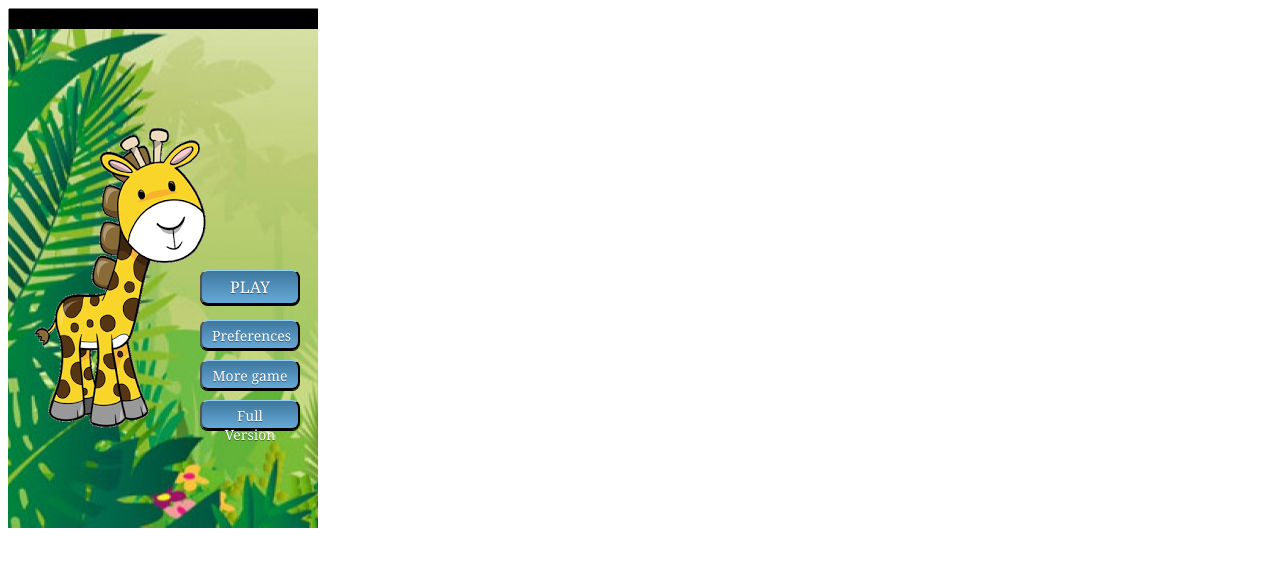
Repository: RathipriyaChandrasekaran/dotlite
Page: ConnectDots/homepage.html
These files come from the project's save history. The page is drawn as it stood at one moment and after the next save; the edit follows.
The browser window is 1280 px wide. The pictures show the whole page.

Above is the page before, as saved 2014-12-14 15:29:22.

### ConnectDots/homepage.html
<!DOCTYPE html>
<html>
<head>
     <meta charset="utf-8" />
     <meta name="viewport" content="width=device-width, initial-scale=1.0, maximum-scale=1.0">
     <link rel="stylesheet" type="text/css" href="css/appstyle.css"/>
     <script src="js/main.js"></script>
</head>
<body>

  <canvas id="canvas" width="310px" height="520px"></canvas>

  <a href="menupage.html"><button id="play" class="button" style="background-color: orange !important;">PLAY</button></a>
  <button id="pref" class="smallbutton">Preferences </button>
  <button id="moregame" class="smallbutton"> More game</button>
  <button id="fullversion" class="smallbutton">Full Version</button>
 <script>
 var points= new Array();
 var canvas = document.getElementById('canvas');
 var context = canvas.getContext('2d');
 var height = 520;
 var width = 310;

 context.beginPath();
 context.rect(1, 1, width, height);
 context.fill();
 context.lineWidth = 1;
 context.strokeStyle = 'black';
 context.stroke();

 function loadCanvas(dataURL, _cb) {

     // load image from data url
     var imageObj = new Image();
     imageObj.onload = function() {
         var imgWidth = this.width;
         var imgHeight = this.height;
         var posX = (width - imgWidth)/2;
         var posY = (height - imgHeight)/2;
         context.drawImage(this, -5, posY + 10);
         if (_cb) _cb();
     };

     imageObj.src = dataURL;
 }

loadCanvas("images/jungle.png", function() {
loadCanvas("images/girraffe.png");
});




 </script>





</body>
</html>

### ConnectDots/css/appstyle.css
#backgroundimage{
	display: block;

    background-repeat: no-repeat ;
}

#play{
	position: absolute;
	top: 270px;
	left: 200px;
	width: 100px;
	height: 35px;
}

#pref{
	position : absolute;
	top: 320px;
	left: 200px;
	width: 100px;
	height: 30px;
}
#moregame{
	position : absolute;
	top: 360px;
	left: 200px;
	width: 100px;
	height: 30px;
}
#animals{
	position : absolute;
	top: 440px;
	left: 80px;
	width: 150px;
	height: 40px;
}
#fullversion{
	position : absolute;
	top: 400px;
	left: 200px;
	width: 100px;
	height: 30px;
}
.button {
   border-top: 1px solid #96d1f8;
   background: #D2691E;
   background: -webkit-gradient(linear, left top, left bottom, from(#3e779d), to(#65a9d7));
   background: -webkit-linear-gradient(top, #3e779d, #65a9d7);
   background: -moz-linear-gradient(top, #3e779d, #65a9d7);
   background: -ms-linear-gradient(top, #3e779d, #65a9d7);
   background: -o-linear-gradient(top, #3e779d, #65a9d7);
   padding: 5px 10px;
   -webkit-border-radius: 8px;
   -moz-border-radius: 8px;
   border-radius: 8px;
   -webkit-box-shadow: rgba(0,0,0,1) 0 1px 0;
   -moz-box-shadow: rgba(0,0,0,1) 0 1px 0;
   box-shadow: rgba(0,0,0,1) 0 1px 0;
   text-shadow: rgba(0,0,0,.4) 0 1px 0;
   color: white;
   font-size: 16px;
   font-family: Georgia, serif;
   text-decoration: bold;
   vertical-align: middle;
   }
.button:hover {
   border-top-color: #28597a;
   background: #28597a;
   color: #ccc;
   }
.button:active {
   border-top-color: #1b435e;
   background: #D2691E;
   }
   .smallbutton {
   border-top: 1px solid #96d1f8;
   background: #65a9d7;
   background: -webkit-gradient(linear, left top, left bottom, from(#3e779d), to(#65a9d7));
   background: -webkit-linear-gradient(top, #3e779d, #65a9d7);
   background: -moz-linear-gradient(top, #3e779d, #65a9d7);
   background: -ms-linear-gradient(top, #3e779d, #65a9d7);
   background: -o-linear-gradient(top, #3e779d, #65a9d7);
   padding: 5px 10px;
   -webkit-border-radius: 8px;
   -moz-border-radius: 8px;
   border-radius: 8px;
   -webkit-box-shadow: rgba(0,0,0,1) 0 1px 0;
   -moz-box-shadow: rgba(0,0,0,1) 0 1px 0;
   box-shadow: rgba(0,0,0,1) 0 1px 0;
   text-shadow: rgba(0,0,0,.4) 0 1px 0;
   color: white;
   font-size: 14px;
   font-family: Georgia, serif;
   text-decoration: none;
   vertical-align: middle;
   }
   .scope{
     position: absolute;
     top: 50px;
     width:300px;
     overflow-x:scroll;
     overflow-y:hidden;
   }

    img{
      top: 20px;
     width: 300px;
     height: 300px;
    }
    .scrollable{
      cursor: pointer;
      background-color: #B8860B;
      width: 300px;
      height: 350px;
      position: relative;
    }
    a.fill-div {
    display: block;
    height: 100%;
    width: 100%;
    text-decoration: none;
}


/**/
.filmstrip>div {
  width:300px;
  display:inline-block;
  text-align:center;
}

### ConnectDots/js/main.js
var startTime;
var checkTime;

//Initialize function
var init = function () {
	// TODO:: Do your initialization job
	console.log("init() called");

	// add eventListener for tizenhwkey
	document.addEventListener('tizenhwkey', function(e) {
		if(e.keyName == "back") {
			try {
				tizen.application.getCurrentApplication().exit();
			} catch (error) {
				console.error("getCurrentApplication(): " + error.message);
			}
		}
	});
};
// window.onload can work without <body onload="">
window.onload = init;

function startTime() {
	var today = new Date();
	var h = today.getHours();

	var m = today.getMinutes();
	var s = today.getSeconds();
	m = checkTime(m);
	s = checkTime(s);
	document.getElementById('divbutton1').innerHTML="Current time: " + h + ":" + m + ":" + s;
	var t = setTimeout(startTime, 250);
}

function checkTime(i) {
	if (i < 10) {
		i="0" + i;
	}
	return i;
}

After the next save:
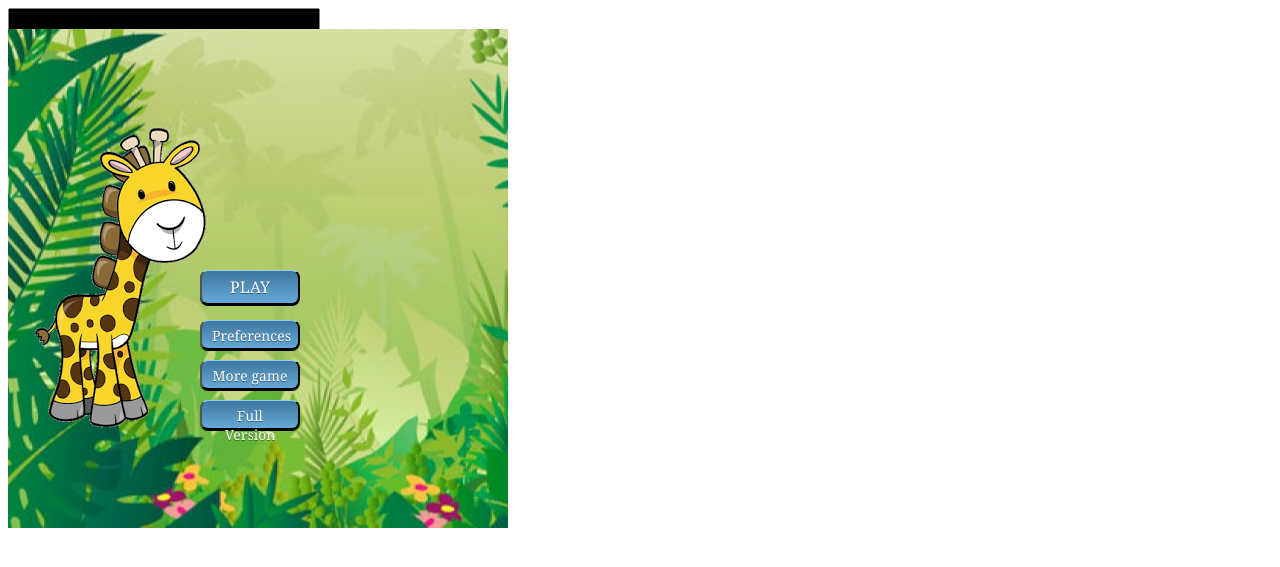
Saved 37 min 42 s later.
--- a/ConnectDots/homepage.html
+++ b/ConnectDots/homepage.html
@@ -8,7 +8,7 @@
 </head>
 <body>
 
-  <canvas id="canvas" width="310px" height="520px"></canvas>
+  <canvas id="canvas" width="500px" height="520px"></canvas>
 
   <a href="menupage.html"><button id="play" class="button" style="background-color: orange !important;">PLAY</button></a>
   <button id="pref" class="smallbutton">Preferences </button>
